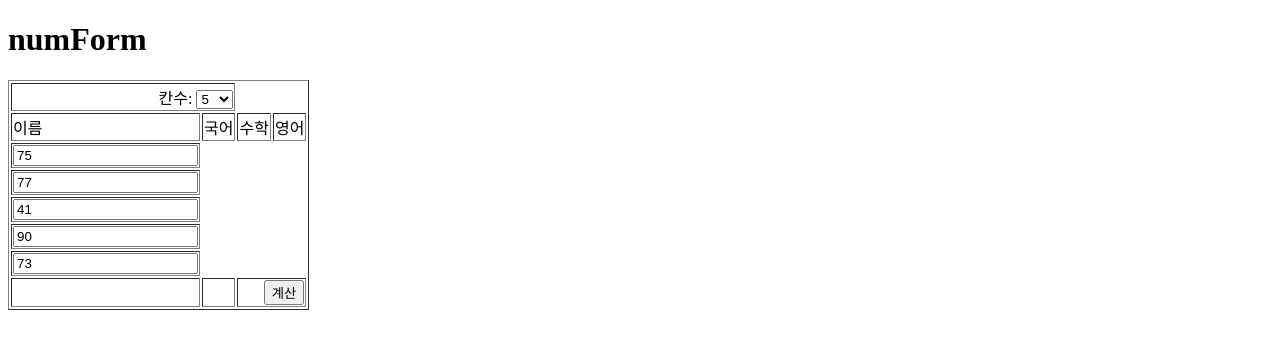
Repository: Jamikidu/newJsp
Page: http://localhost/jspProj/request/numForm.jsp
The author's editor kept a copy of each file at every save. The page is drawn from the files as they stood at one save, then again after the next save.
The browser window is 1280 px wide. The pictures show the whole page.
The page is served by Tomcat 9.

Above is the page before, as saved 2023-07-28 01:04:10.

After the next save:
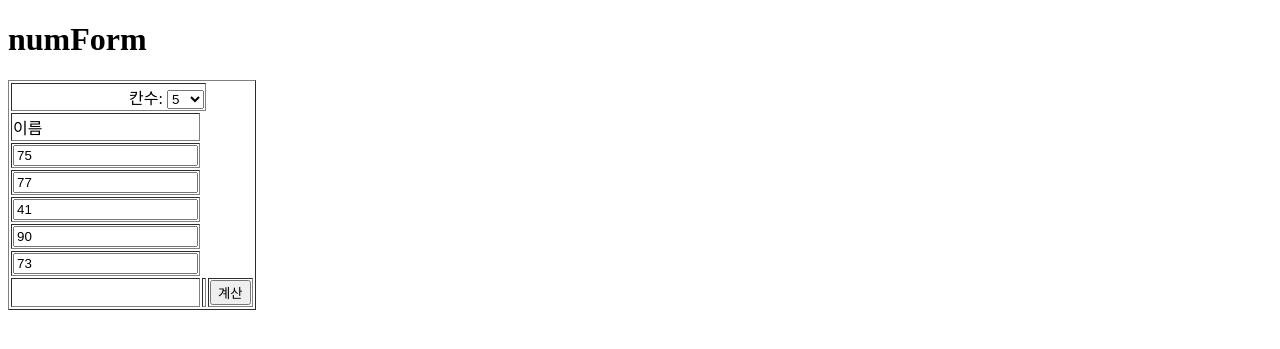
Saved 52 s later.
--- a/jspProj/src/main/webapp/request/numForm.jsp
+++ b/jspProj/src/main/webapp/request/numForm.jsp
@@ -43,9 +43,6 @@
 		</tr>
 		<tr>
 			<td>이름</td>
-			<td>국어</td>
-			<td>수학</td>
-			<td>영어</td>
 		</tr>
 
 		 <% for(int i=0;i<cnt;i++){ %>
